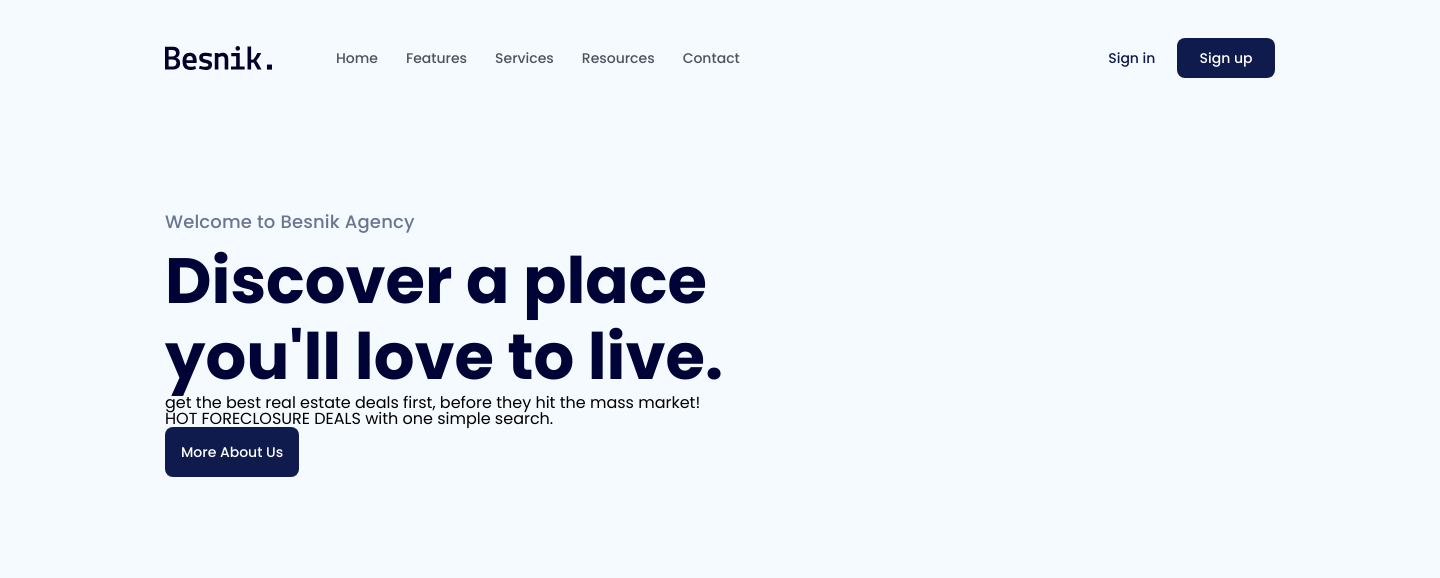
Repository: Tctiensk/f8-htmlcss-01
Page: index.html
The author's editor kept a copy of each file at every save. The page is drawn from the files as they stood at one save, then again after the next save.
The browser window is 1280 px wide. The page is 1440 px wide, so the pictures cover 1440 px, including what lies to the right of the window. The pictures show the whole page.

Above is the page before, as saved 2022-11-29 23:00:06.

### index.html
<!DOCTYPE html>
<html lang="en">
    <head>
        <meta charset="UTF-8" />
        <meta http-equiv="X-UA-Compatible" content="IE=edge" />
        <meta name="viewport" content="width=device-width, initial-scale=1.0" />
        <title>F8 PROJECT 01</title>
        <link rel="stylesheet" href="./assets/css/reset.css" />
        <link rel="stylesheet" href="./assets/fonts/stylesheet.css" />
        <link rel="stylesheet" href="./assets/css/style.css" />
    </head>

    <body>
        <main>
            <!-- header -->
            <header class="header">
                <div class="content">
                    <nav class="navbar">
                        <!-- logo -->
                        <img src="./assets/img/Logo.svg" alt="Besnik." />
                        <!-- navigation -->
                        <ul>
                            <li><a href="#!">Home</a></li>
                            <li><a href="#!">Features</a></li>
                            <li><a href="#!">Services</a></li>
                            <li><a href="#!">Resources</a></li>
                            <li><a href="#!">Contact</a></li>
                        </ul>

                        <!-- action -->
                        <div class="action">
                            <a href="" class="action-link">Sign in </a>
                            <a href="" class="btn action-btn">Sign up </a>
                        </div>
                    </nav>

                    <div class="hero">
                        <div class="info">
                            <p class="sub-title">Welcome to Besnik Agency</p>
                            <h1 class="title">
                                Discover a place you'll love to live.
                            </h1>
                            <p class="desc">
                                get the best real estate deals first, before
                                they hit the mass market! HOT FORECLOSURE DEALS
                                with one simple search.
                            </p>
                            <a href="#!" class="btn">More About Us</a>
                        </div>
                    </div>
                </div>
            </header>
        </main>
    </body>
</html>

### assets/fonts/stylesheet.css
@font-face {
    font-family: "Poppins";
    src: url("Poppins/Poppins-BoldItalic.woff2") format("woff2"),
        url("Poppins/Poppins-BoldItalic.woff") format("woff");
    font-weight: bold;
    font-style: italic;
    font-display: swap;
}

@font-face {
    font-family: "Poppins";
    src: url("Poppins/Poppins-ExtraBold.woff2") format("woff2"),
        url("Poppins/Poppins-ExtraBold.woff") format("woff");
    font-weight: bold;
    font-style: normal;
    font-display: swap;
}

@font-face {
    font-family: "Poppins";
    src: url("Poppins/Poppins-BlackItalic.woff2") format("woff2"),
        url("Poppins/Poppins-BlackItalic.woff") format("woff");
    font-weight: 900;
    font-style: italic;
    font-display: swap;
}

@font-face {
    font-family: "Poppins";
    src: url("Poppins/Poppins-ExtraBoldItalic.woff2") format("woff2"),
        url("Poppins/Poppins-ExtraBoldItalic.woff") format("woff");
    font-weight: bold;
    font-style: italic;
    font-display: swap;
}

@font-face {
    font-family: "Poppins";
    src: url("Poppins/Poppins-Bold.woff2") format("woff2"),
        url("Poppins/Poppins-Bold.woff") format("woff");
    font-weight: bold;
    font-style: normal;
    font-display: swap;
}

@font-face {
    font-family: "Poppins";
    src: url("Poppins/Poppins-Black.woff2") format("woff2"),
        url("Poppins/Poppins-Black.woff") format("woff");
    font-weight: 900;
    font-style: normal;
    font-display: swap;
}

@font-face {
    font-family: "Poppins";
    src: url("Poppins/Poppins-LightItalic.woff2") format("woff2"),
        url("Poppins/Poppins-LightItalic.woff") format("woff");
    font-weight: 300;
    font-style: italic;
    font-display: swap;
}

@font-face {
    font-family: "Poppins";
    src: url("Poppins/Poppins-Medium.woff2") format("woff2"),
        url("Poppins/Poppins-Medium.woff") format("woff");
    font-weight: 500;
    font-style: normal;
    font-display: swap;
}

@font-face {
    font-family: "Poppins";
    src: url("Poppins/Poppins-ExtraLightItalic.woff2") format("woff2"),
        url("Poppins/Poppins-ExtraLightItalic.woff") format("woff");
    font-weight: 200;
    font-style: italic;
    font-display: swap;
}

@font-face {
    font-family: "Poppins";
    src: url("Poppins/Poppins-Italic.woff2") format("woff2"),
        url("Poppins/Poppins-Italic.woff") format("woff");
    font-weight: normal;
    font-style: italic;
    font-display: swap;
}

@font-face {
    font-family: "Poppins";
    src: url("Poppins/Poppins-Light.woff2") format("woff2"),
        url("Poppins/Poppins-Light.woff") format("woff");
    font-weight: 300;
    font-style: normal;
    font-display: swap;
}

@font-face {
    font-family: "Poppins";
    src: url("Poppins/Poppins-ExtraLight.woff2") format("woff2"),
        url("Poppins/Poppins-ExtraLight.woff") format("woff");
    font-weight: 200;
    font-style: normal;
    font-display: swap;
}

@font-face {
    font-family: "Poppins";
    src: url("Poppins/Poppins-SemiBoldItalic.woff2") format("woff2"),
        url("Poppins/Poppins-SemiBoldItalic.woff") format("woff");
    font-weight: 600;
    font-style: italic;
    font-display: swap;
}

@font-face {
    font-family: "Poppins";
    src: url("Poppins/Poppins-Regular.woff2") format("woff2"),
        url("Poppins/Poppins-Regular.woff") format("woff");
    font-weight: normal;
    font-style: normal;
    font-display: swap;
}

@font-face {
    font-family: "Poppins";
    src: url("Poppins/Poppins-ThinItalic.woff2") format("woff2"),
        url("Poppins/Poppins-ThinItalic.woff") format("woff");
    font-weight: 100;
    font-style: italic;
    font-display: swap;
}
@font-face {
    font-family: "Poppins";
    src: url("Poppins/Poppins-MediumItalic.woff2") format("woff2"),
        url("Poppins/Poppins-MediumItalic.woff") format("woff");
    font-weight: 500;
    font-style: italic;
    font-display: swap;
}

@font-face {
    font-family: "Poppins";
    src: url("Poppins/Poppins-SemiBold.woff2") format("woff2"),
        url("Poppins/Poppins-SemiBold.woff") format("woff");
    font-weight: 600;
    font-style: normal;
    font-display: swap;
}

@font-face {
    font-family: "Poppins";
    src: url("Poppins/Poppins-Thin.woff2") format("woff2"),
        url("Poppins/Poppins-Thin.woff") format("woff");
    font-weight: 100;
    font-style: normal;
    font-display: swap;
}

### assets/css/style.css
* {
    box-sizing: border-box;
}

:root {
    --primary-color: #0f1b4c;
}
html {
    font-size: 62.5%;
}
body {
    font-size: 1.6rem;
    font-family: "Poppins", sans-serif;
}
/* common */
a {
    text-decoration: none;
}
.content {
    width: 1110px;
    max-width: calc(100% -48px);
    margin-left: auto;
    margin-right: auto;
}
/* header */
.header {
    width: 1440px;
    height: 100vh;
    background-color: #f5fafe;
}
.navbar {
    display: flex;
    align-items: center;
    padding-top: 38px;
}
.navbar ul {
    display: flex;
    margin-left: 50px;
}
.navbar .action {
    margin-left: auto;
}
.navbar ul a {
    font-weight: 500;
    font-size: 1.4rem;
    line-height: 21px;
    color: #4f5361;
    padding: 8px 1.4rem;
}
.navbar ul a:hover {
    text-decoration: underline;
}
.navbar .action-link {
    font-weight: 500;
    font-size: 1.4rem;
    line-height: 21px;
    color: var(--primary-color);
}
.btn {
    display: inline-block;
    min-width: 98px;
    padding: 18px 16px;
    background: var(--primary-color);
    border-radius: 8px;
    font-weight: 500;
    font-size: 1.4rem;
    text-align: center;
    color: #ffffff;
}
.btn:hover {
    opacity: 0.9;
}
.navbar .action-btn {
    padding: 13px 16px;
    margin-left: 18px;
}
.hero {
    margin-top: 130px;
}
.hero .sub-title {
    font-weight: 500;
    font-size: 1.8rem;
    line-height: 1.5;
    letter-spacing: 0.01em;
    color: #687691;
}
.hero .title {
    margin-top: 8px;
    font-weight: 700;
    font-size: 6.4rem;
    line-height: 1.19;
    color: #000336;
}
.hero {
    width: 559px;
}

Loaded but not shown: assets/css/reset.css (common file)

After the next save:
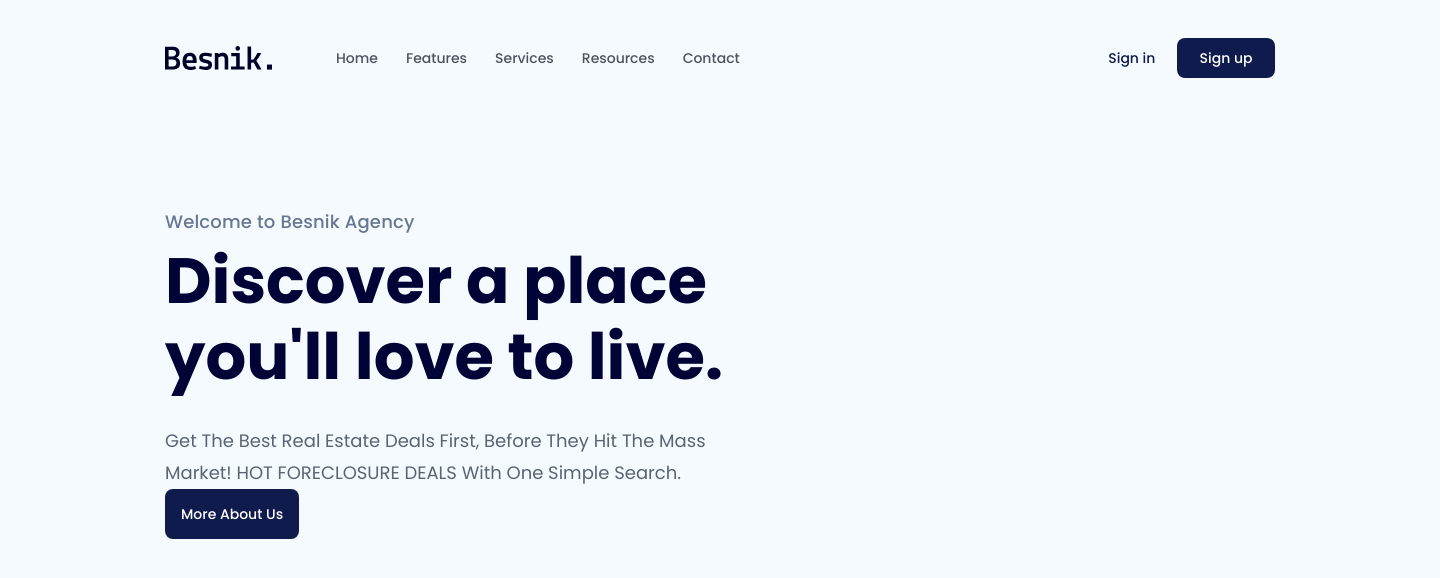
Saved 90 s later.
--- a/assets/css/style.css
+++ b/assets/css/style.css
@@ -94,3 +94,11 @@
 .hero {
     width: 559px;
 }
+.hero .desc {
+    margin-top: 30px;
+    font-weight: 400;
+    font-size: 18px;
+    line-height: 32px;
+    text-transform: capitalize;
+    color: #5a6473;
+}
